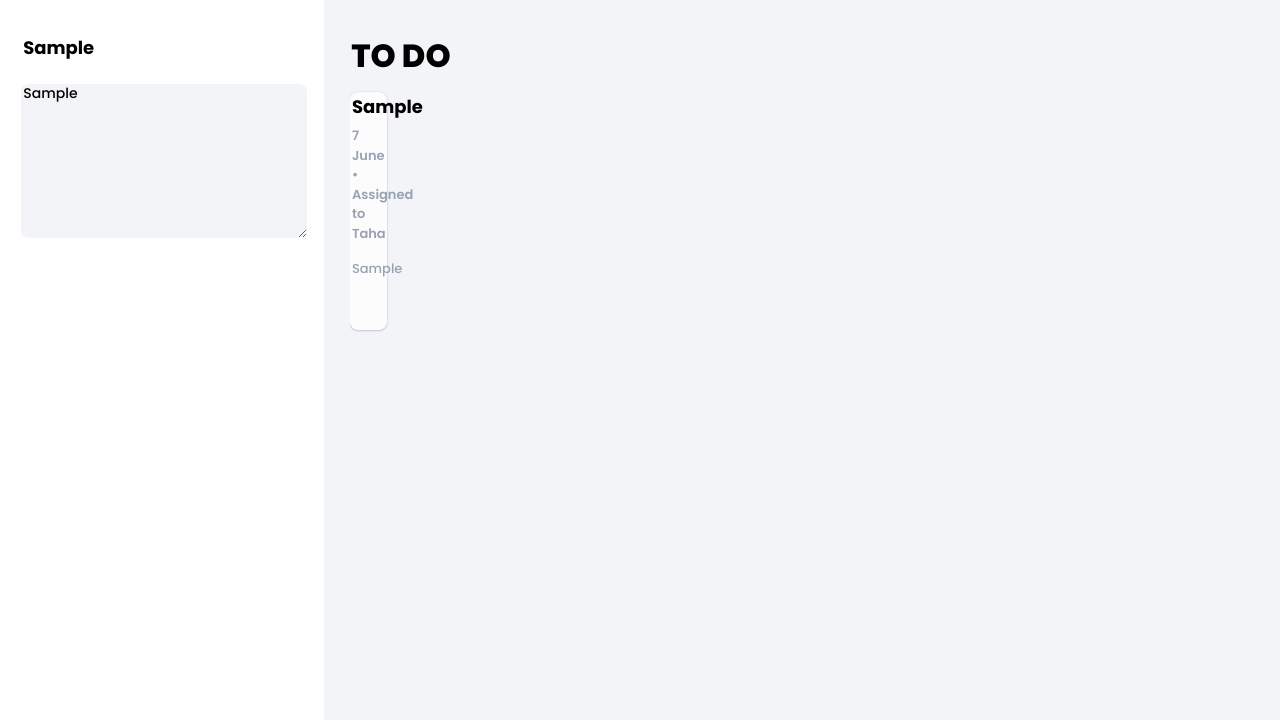
Repository: ReyhanehRahmani/TO-DO
Page: index.html
An editor plug-in stored every save of this project. The page is shown before and after the next save, followed by the edit.
The browser window is 1280 px wide. The pictures show the whole page.
Empty fields were first filled with sample values (such as "Sample", 5 or name@example.com).
After loading, the first visible `#creatbut` was clicked once.
Some web fonts or font styles are not loaded; a fallback is used.

Above is the page before, as saved 2025-06-08 13:27:36.

After the next save:
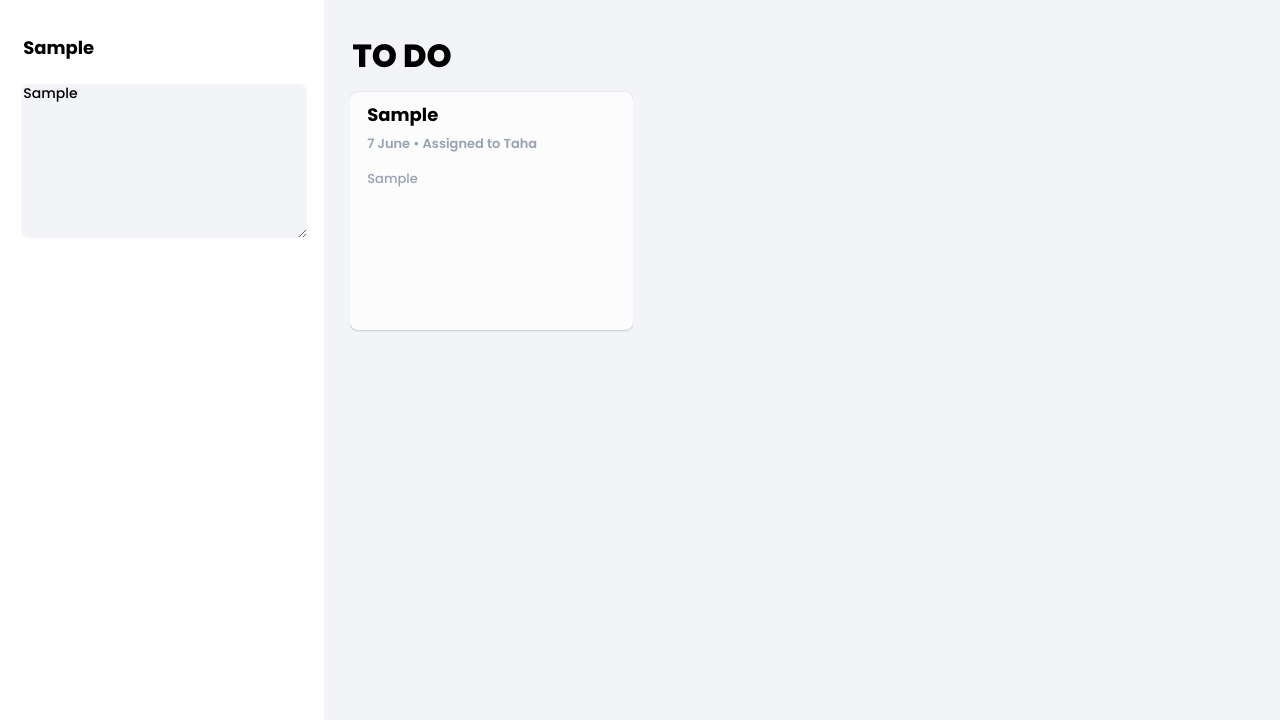
Saved 40 s later.
--- a/style.css
+++ b/style.css
@@ -290,13 +290,13 @@ body, html {
     overflow-y: auto;
     margin-left: 2%;
     height: 100vh;
+        width: 22.130013831%;
 
 
 }
 
 
 .card {
-    width: 22.130013831%;
     height: 238px;
     border-radius: 8px;
     background: #FCFCFD;
